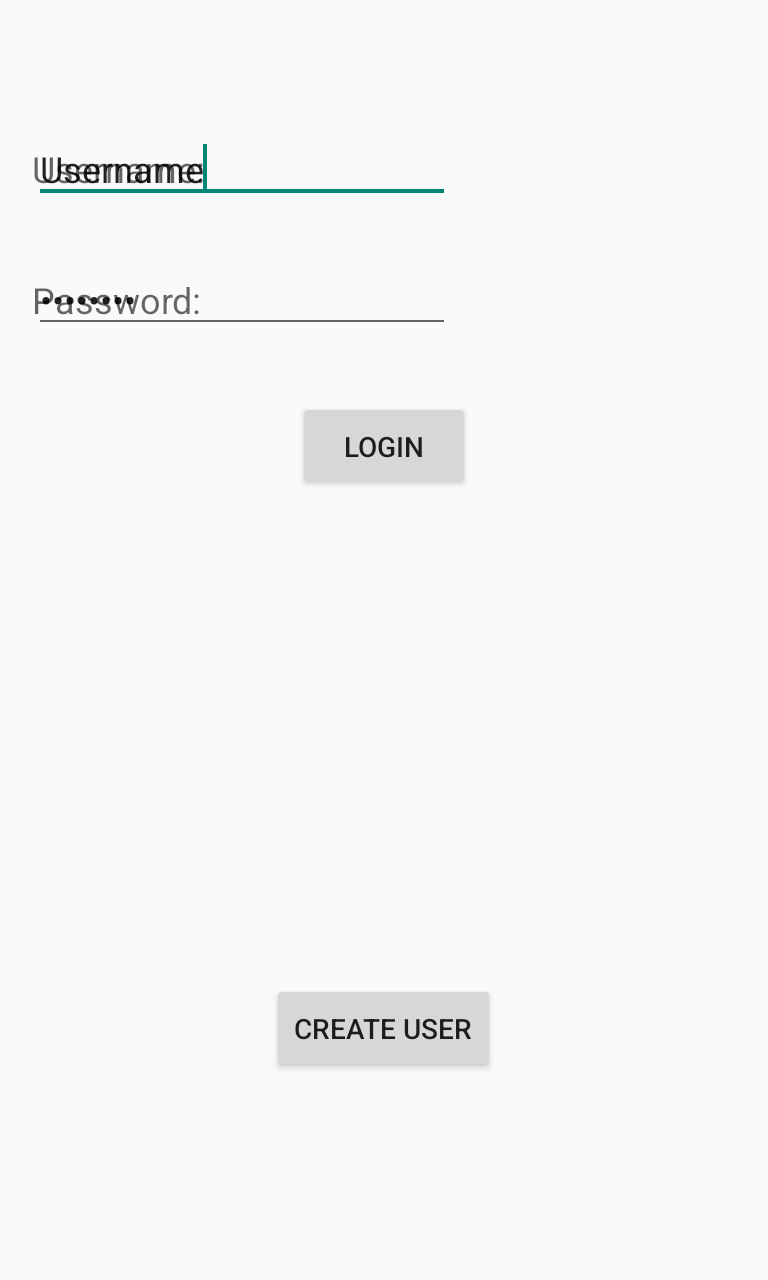
Repository: Sagarsaurus/Ecco
Layout: Ecco/res/layout/activity_main.xml
These files come from the project's save history. The layout is drawn as it stood at one moment and after the next save; the edit follows.
It is drawn on a 768 x 1280 px phone screen (xhdpi) without system bars, with theme AppTheme; the app's code is not run.

Above is the layout before, as saved 2014-11-16 20:00:48.

### Ecco/res/layout/activity_main.xml
<RelativeLayout xmlns:android="http://schemas.android.com/apk/res/android"
    xmlns:tools="http://schemas.android.com/tools"
    android:layout_width="match_parent"
    android:layout_height="match_parent"
    android:paddingBottom="@dimen/activity_vertical_margin"
    android:paddingLeft="@dimen/activity_horizontal_margin"
    android:paddingRight="@dimen/activity_horizontal_margin"
    android:paddingTop="@dimen/activity_vertical_margin"
    tools:context="com.application.ecco.MainActivity" >

    <EditText
        android:id="@+id/username"
        android:layout_width="wrap_content"
        android:layout_height="wrap_content"
        android:layout_alignLeft="@+id/username"
        android:layout_alignParentTop="true"
        android:layout_marginTop="46dp"
        android:ems="10"
        android:hint="@string/Username"
        android:text="@string/Username" >

        <requestFocus />
    </EditText>

    <EditText
        android:id="@+id/password"
        android:layout_width="wrap_content"
        android:layout_height="wrap_content"
        android:layout_alignLeft="@+id/password"
        android:layout_below="@+id/username"
        android:layout_marginTop="24dp"
        android:ems="10"
        android:hint="@string/Password"
        android:inputType="textPassword"
        android:text="@string/Password" />

    <Button
        android:id="@+id/login"
        android:onClick="login"
        android:layout_width="wrap_content"
        android:layout_height="wrap_content"
        android:layout_below="@+id/password"
        android:layout_centerHorizontal="true"
        android:layout_marginTop="30dp"
        android:text="@string/Login" />

    <Button
        android:id="@+id/createUser"
        android:onClick="createUser"
        android:layout_width="wrap_content"
        android:layout_height="wrap_content"
        android:layout_alignParentBottom="true"
        android:layout_centerHorizontal="true"
        android:layout_marginBottom="86dp"
        android:text="@string/createUser" />

    <TextView
        android:id="@+id/Username"
        android:layout_width="wrap_content"
        android:layout_height="wrap_content"
        android:layout_alignBaseline="@+id/username"
        android:layout_alignBottom="@+id/username"
        android:layout_alignParentLeft="true"
        android:text="Username:"
        android:textAppearance="?android:attr/textAppearanceMedium" />

    <TextView
        android:id="@+id/Password"
        android:layout_width="wrap_content"
        android:layout_height="wrap_content"
        android:layout_alignBaseline="@+id/password"
        android:layout_alignBottom="@+id/password"
        android:layout_alignLeft="@+id/Username"
        android:text="Password:"
        android:textAppearance="?android:attr/textAppearanceMedium" />

</RelativeLayout>

### Ecco/res/values/strings.xml
<?xml version="1.0" encoding="utf-8"?>
<resources>

    <string name="app_name">Ecco</string>
    <string name="hello_world">Hello world!</string>
    <string name="action_settings">Settings</string>
    <string name="Username">Username</string>
    <string name="Password">Password</string>
    <string name="Login">Login</string>
    <string name="createUser">Create User</string>
    <string name="title_activity_home">HomeActivity</string>
    <string name="title_section1">Section 1</string>
    <string name="title_section2">Section 2</string>
    <string name="title_section3">Section 3</string>
    <string name="navigation_drawer_open">Open navigation drawer</string>
    <string name="navigation_drawer_close">Close navigation drawer</string>
    <string name="action_example">Example action</string>
    <string name="title_activity_create_user">CreateUserActivity</string>
    <string name="Email">Email</string>
    <string name="Phone">Phone</string>
    <string name="emailhint">user@email.com</string>
    <string name="phonehint">123-456-7890</string>

</resources>

Loaded but not shown: Ecco/res/values/styles.xml (common file); Ecco/res/values-v11/styles.xml (common file); Ecco/res/values-v14/styles.xml (common file); Ecco/res/values/dimens.xml (common file); Ecco/res/values-w820dp/dimens.xml (common file)

After the next save:
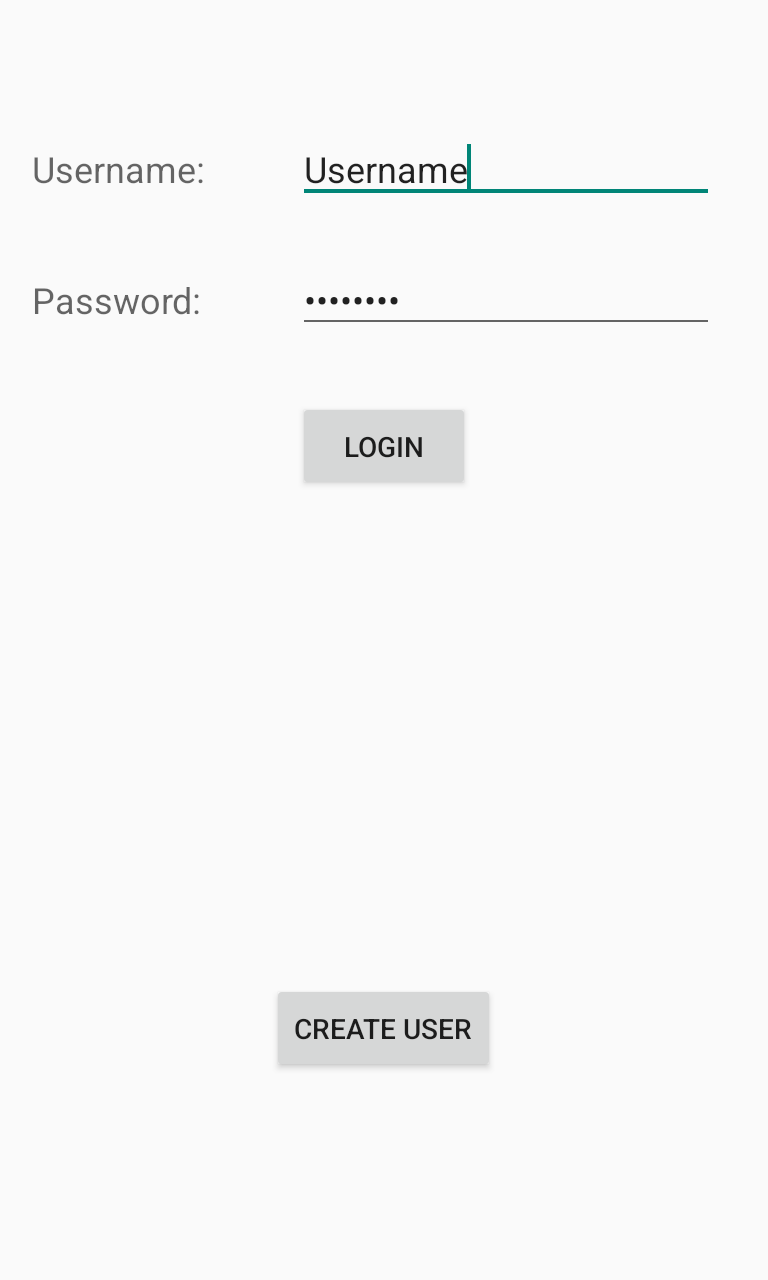
Saved 3 s later.
--- a/Ecco/res/layout/activity_main.xml
+++ b/Ecco/res/layout/activity_main.xml
@@ -12,7 +12,7 @@
         android:id="@+id/username"
         android:layout_width="wrap_content"
         android:layout_height="wrap_content"
-        android:layout_alignLeft="@+id/username"
+        android:layout_alignLeft="@+id/password"
         android:layout_alignParentTop="true"
         android:layout_marginTop="46dp"
         android:ems="10"
@@ -26,7 +26,7 @@
         android:id="@+id/password"
         android:layout_width="wrap_content"
         android:layout_height="wrap_content"
-        android:layout_alignLeft="@+id/password"
+        android:layout_alignLeft="@+id/login"
         android:layout_below="@+id/username"
         android:layout_marginTop="24dp"
         android:ems="10"
